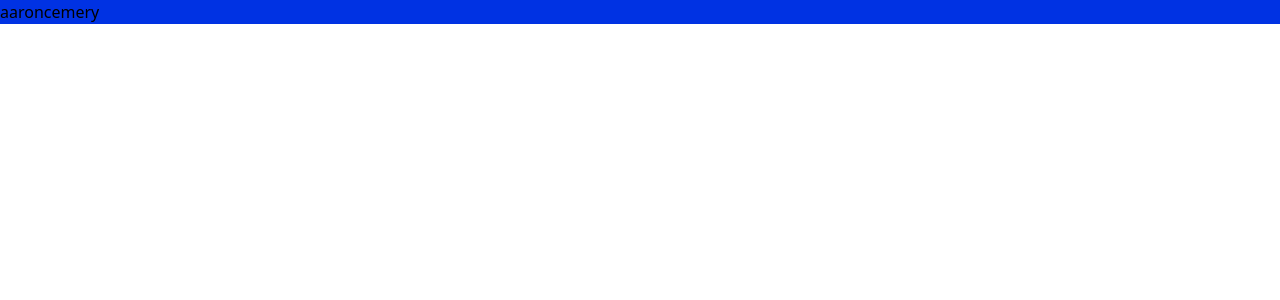
Repository: aaroncemery/aaroncemery-next13
Page: /
An editor plug-in stored every save of this project. The page is shown before and after the next save, followed by the edit.
The browser window is 1280 px wide. The pictures show the whole page.
The project was rebuilt for these pictures with package versions that can differ from the ones it lists, and the page was loaded fresh each time. The framework's server and built-in components were replaced by stand-ins that run in the browser. Also part of the build but not shown: next.config.js.

Above is the page before, as saved 2022-11-24 19:03:48.

After the next save:
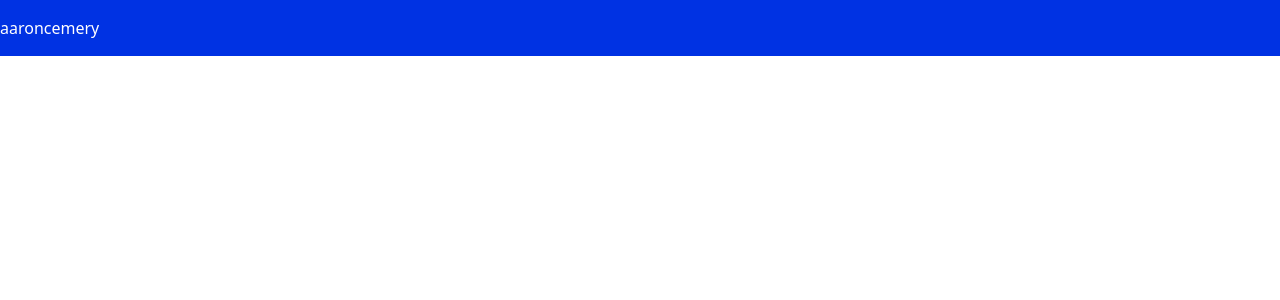
Saved 49 s later.
--- a/components/ui/nav.tsx
+++ b/components/ui/nav.tsx
@@ -1,7 +1,7 @@
 export default function Nav() {
   return (
-    <nav className="bg-[#0032E3]">
-      <div>aaroncemery</div>
+    <nav className="bg-[#0032E3] py-4">
+      <div className="text-white">aaroncemery</div>
     </nav>
   )
 }
